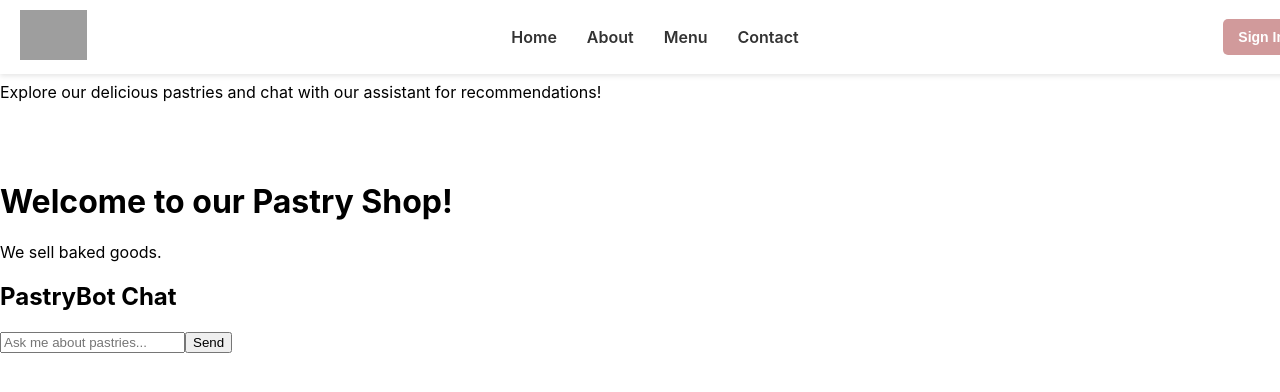
Repository: agrnerd17/Website-Chatbot
Page: / (app in pastry-chatbot/)
The author's editor kept a copy of each file at every save. The page is drawn from the files as they stood at one save, then again after the next save.
The browser window is 1280 px wide. The pictures show the whole page.
Pictures or frames that could not be fetched are drawn as grey boxes. The project was rebuilt for these pictures with package versions that can differ from the ones it lists, and the page was loaded fresh each time. Also part of the build but not shown: pastry-chatbot/src/styles/Chatbot.css.

Above is the page before, as saved 2024-12-08 00:29:31.

After the next save:
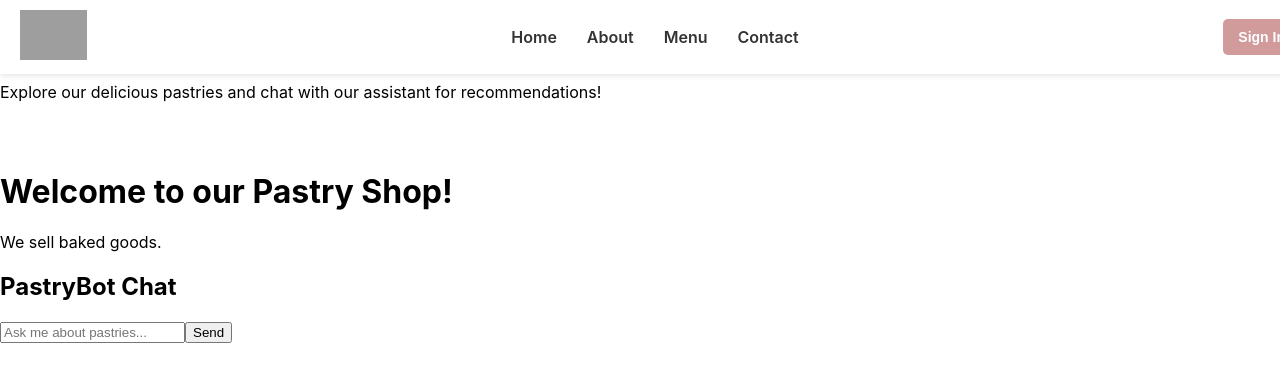
Saved 34 s later.
--- a/pastry-chatbot/src/App.js
+++ b/pastry-chatbot/src/App.js
@@ -16,7 +16,7 @@ function App() {
       </main>
       <div>
         <Navbar />
-        <main style={{ marginTop: "80px" }}> {/* Adjust */}
+        <main style={{ marginTop: "70px" }}> {/* Adjust */}
           <h1>Welcome to our Pastry Shop!</h1>
           <p>We sell baked goods.</p>
         </main>
